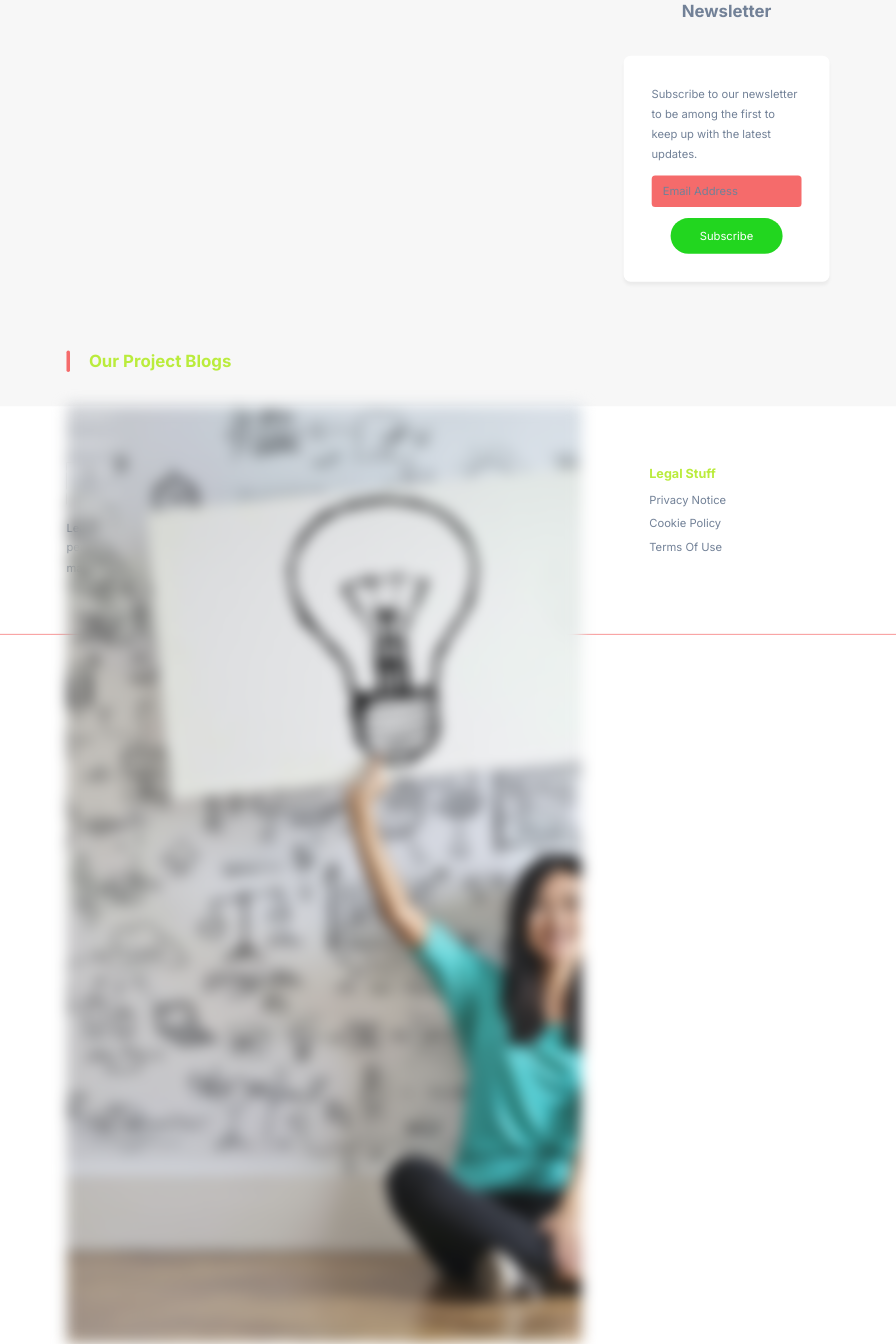
Repository: ramizraaz/zjuTeam
Page: main.html
These files come from the project's save history. The page is drawn as it stood at one moment and after the next save; the edit follows.
The browser window is 1280 px wide. The pictures show the part of the page from y = 1471 to 3391 px (the page is 3391 px tall before and 2435 px after), at 70% of full size.
A picture or video elsewhere on the page could not be fetched, so the positions and the page height are approximate.

Above is the page before, as saved 2023-10-22 21:14:31.

After the next save:
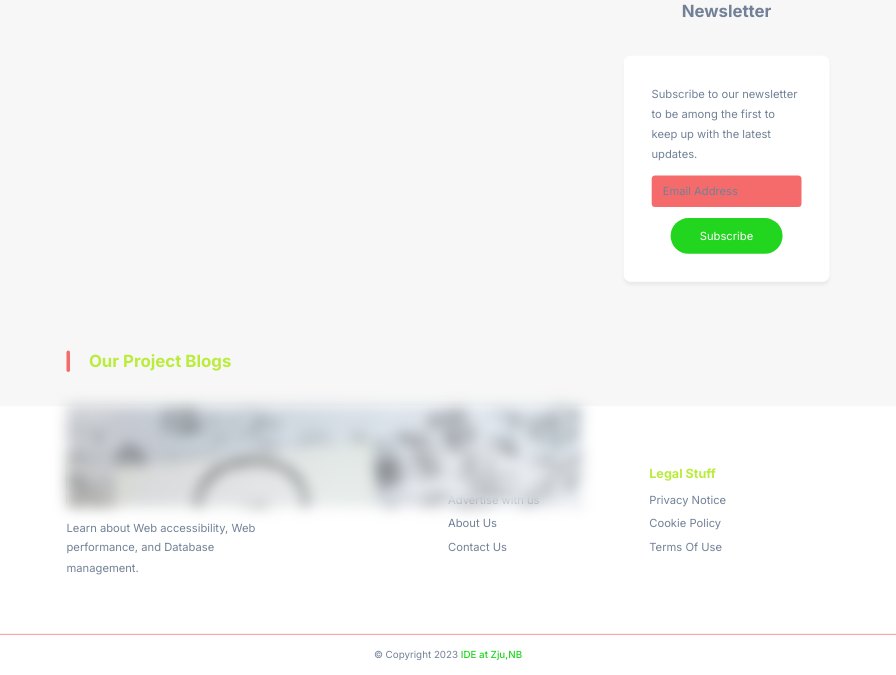
Saved 17 s later.
--- a/main.html
+++ b/main.html
@@ -158,17 +158,17 @@
                 <!-- BLOG SECTION -->
                 <div class="blog">
                     <div class="blog-banner-img"></div>
-                    <div class="blog-banner-text"></div>
-                    <h2 class="h2">Our Project Blogs</h2>
-                    <aside class="navigationLeft">
-                        <ul>
-                            <li><a href="#section1">Section 1</a></li>
-                            <li><a href="#section2">Section 2</a></li>
-                            <li><a href="#section3">Section 3</a></li>
-                            <li><a href="#section4">Section 4</a></li>
-                        </ul>
-                    </aside>
-
+                    <div class="blog-banner-text">
+                        <h2 class="h2">Our Project Blogs</h2>
+                        <aside class="navigationLeft">
+                            <ul>
+                                <li><a href="#section1">Section 1</a></li>
+                                <li><a href="#section2">Section 2</a></li>
+                                <li><a href="#section3">Section 3</a></li>
+                                <li><a href="#section4">Section 4</a></li>
+                            </ul>
+                        </aside>
+                    </div>
                 </div>
 
                 <!--- ASIDE -->
